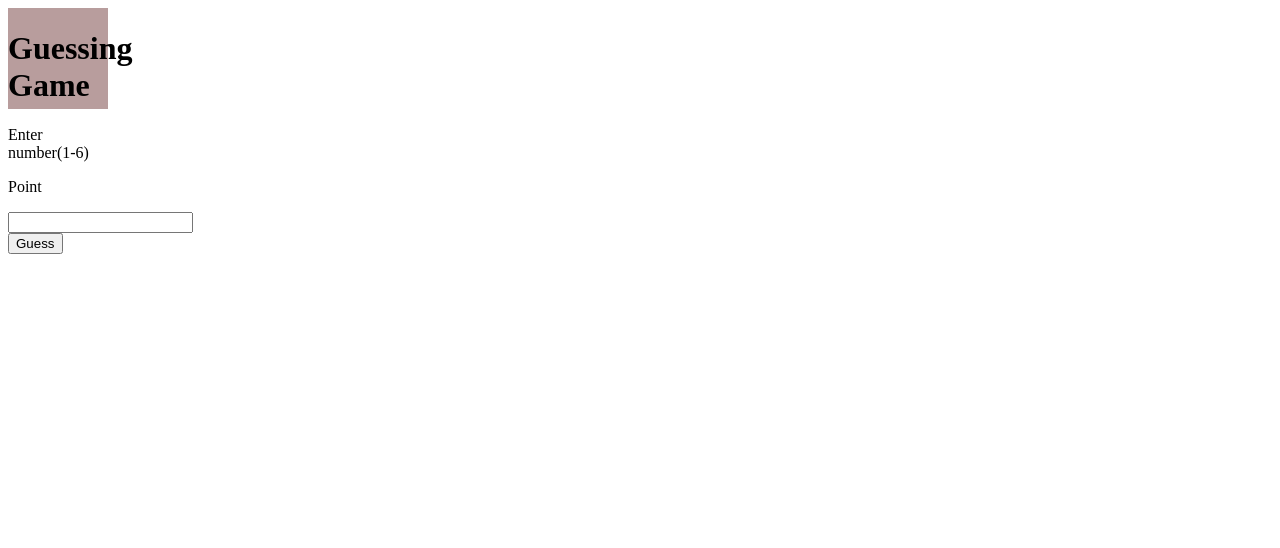
Repository: sedashahnazaryan/Guessing-Game
Page: index.html
An editor plug-in stored every save of this project. The page is shown before and after a run of saves, followed by the edit.
The browser window is 1280 px wide. The pictures show the whole page.

Above is the page before, as saved 2022-02-23 19:27:27.

After the next 3 saves:
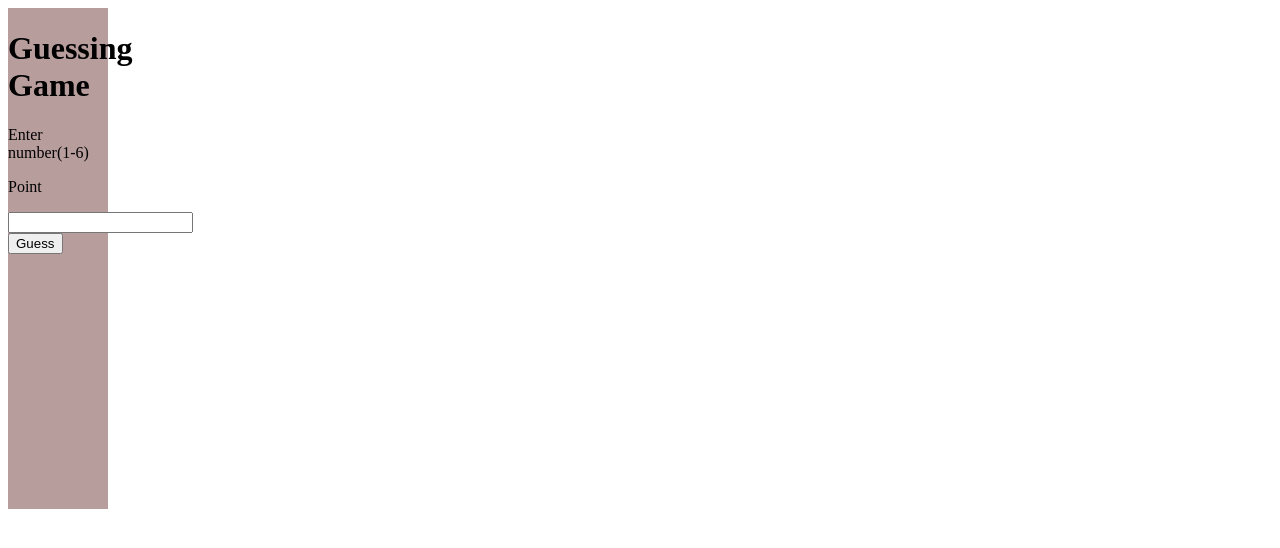
The 3 saves are shown as one change because they came seconds apart.
The last was saved 11 s later.
--- a/index.css
+++ b/index.css
@@ -1,7 +1,7 @@
 .container{
 
     background-color: #b89d9d;
-    height: 100px;
+    height: 500px;
     width: 100px;
     padding-top:1px;
 }
